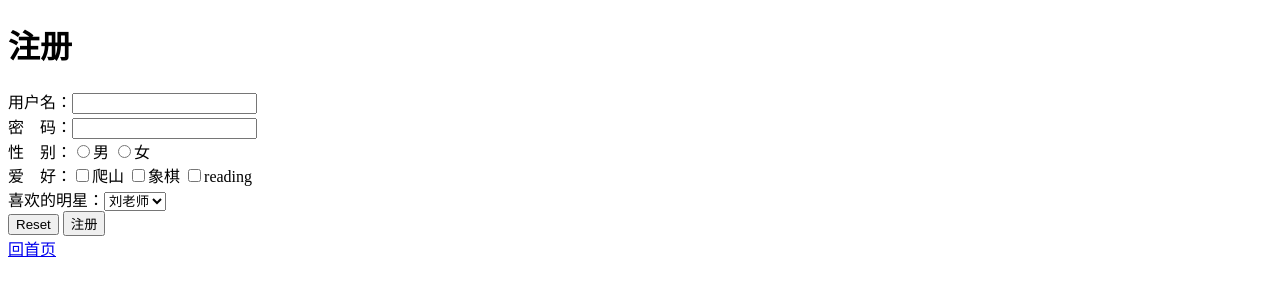
Repository: bambooJohn/web
Page: workspace-sts-3.9.4.RELEASE/day06_servletdemo2/WebContent/pages/regist.html
An editor plug-in stored every save of this project. The page is shown before and after the next save, followed by the edit.
The browser window is 1280 px wide. The pictures show the whole page.

Above is the page before, as saved 2020-11-15 00:49:40.

After the next save:
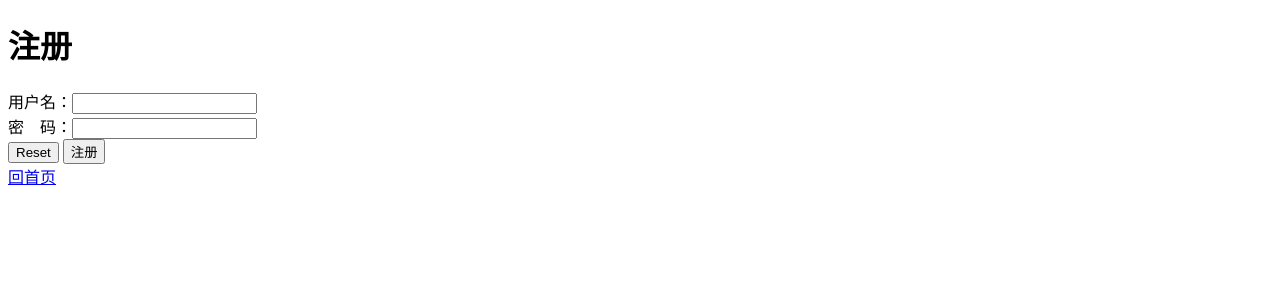
Saved 88 s later.
--- a/workspace-sts-3.9.4.RELEASE/day06_servletdemo2/WebContent/pages/regist.html
+++ b/workspace-sts-3.9.4.RELEASE/day06_servletdemo2/WebContent/pages/regist.html
@@ -10,17 +10,6 @@
 	<form action="RegistServlet">
 		用户名：<input type="text" name="username"><br/>
 		密&emsp;码：<input type="password" name="pwd"><br/>
-		性&emsp;别：<input type="radio" name="gender" value="男">男
-		<input type="radio" name="gender" value="女">女<br/>
-		爱&emsp;好：<input type="checkbox" name="like" value="爬山">爬山
-		<input type="checkbox" name="like" value="象棋">象棋
-		<input type="checkbox" name="like" value="reading">reading<br/>
-		喜欢的明星：<select name="star">
-					<option>刘老师</option>
-					<option>张老师</option>
-					<option>宋老师</option>
-				</select>
-				<br/>
 		<input type="reset">
 		<input type="submit" value="注册"><br/>
 		<a href="../index.html">回首页</a>
